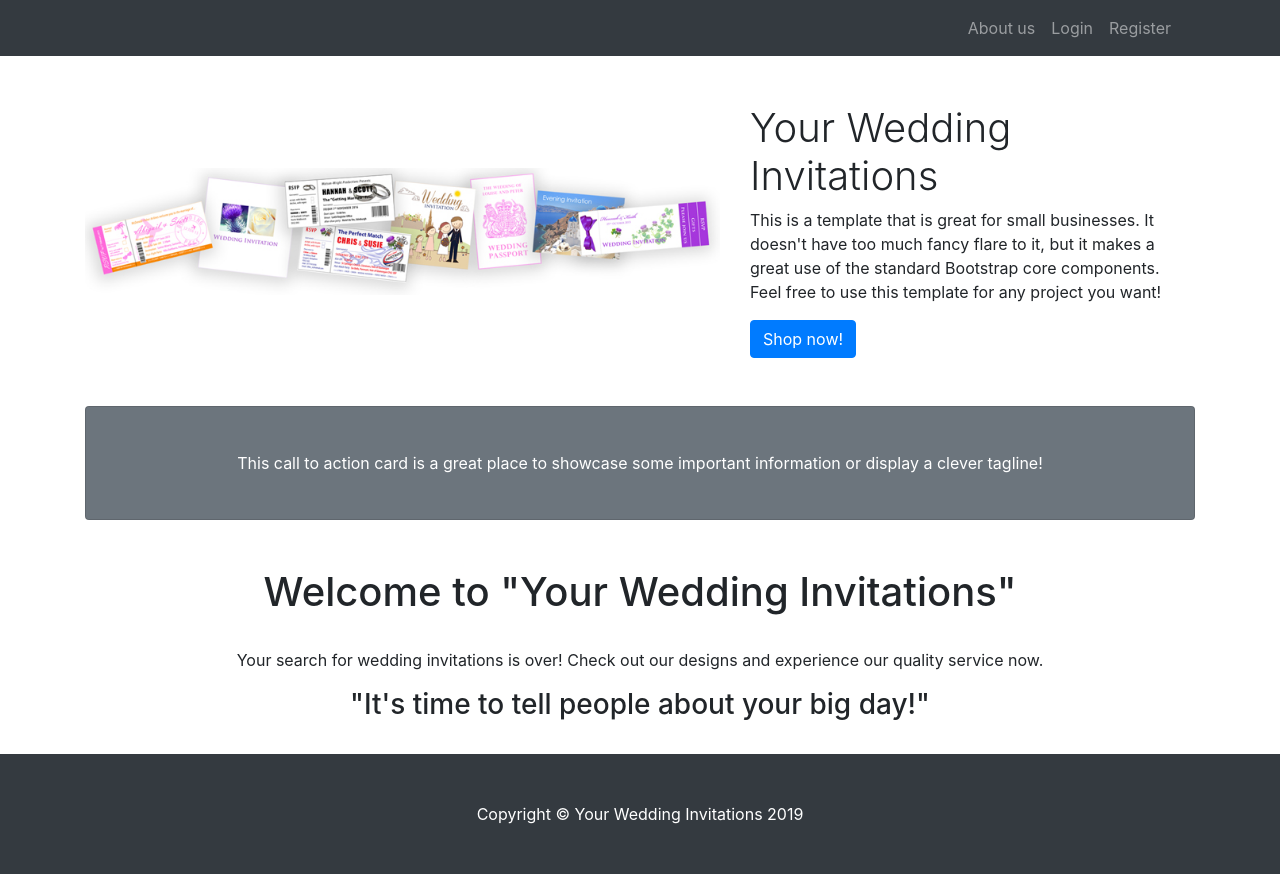
Repository: jeffoneilldev/invitations-django-project
Page: pages/templates/index.html
The author's editor kept a record of every edit. The page is drawn from the files as they stood at one moment, then again after the next edit.
The browser window is 1280 px wide. The pictures show the whole page.
Some icons come from a web library that is not loaded, so they are not drawn. Some web libraries are served in a nearby version. The template is drawn by Django 2.2. The application's start-up code is not run. The template is opened directly, without the code that normally fills it, so the values that code supplies are empty.

Above is the page before.

After the next edit:
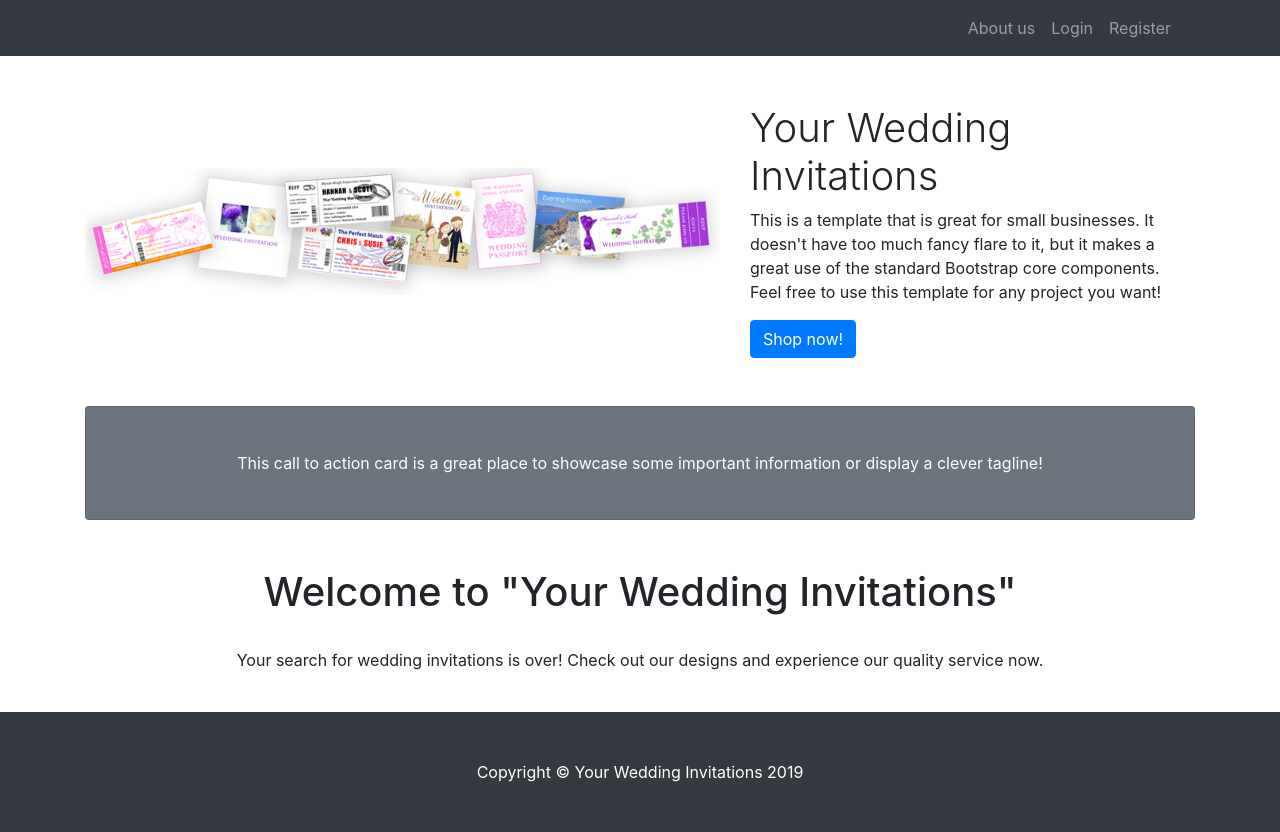
The edit:
--- a/pages/templates/index.html
+++ b/pages/templates/index.html
@@ -6,7 +6,6 @@
 <div class="container" align="center">
 <h1>Welcome to "Your Wedding Invitations"</h1><br>
 <p>Your search for wedding invitations is over!  Check out our designs and experience our quality service now.</p>
-<h3>"It's time to tell people about your big day!"</h3>
 </div>
 <br>
 
